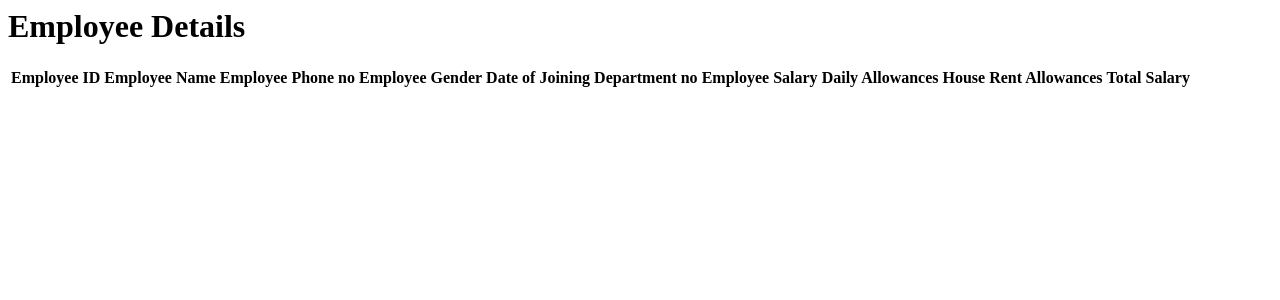
Repository: projects-collab/SpringBoot
Page: http://localhost/EmployeeDetails
These files come from the project's save history. The page is drawn as it stood at one moment and after the next save; the edit follows.
The browser window is 1280 px wide. The pictures show the whole page.
The page is this project's Thymeleaf template; nobody is signed in. The template is opened directly, without the code that normally fills it, so the values that code supplies are empty.

Above is the page before, as saved 2024-12-21 10:14:37.

After the next save:
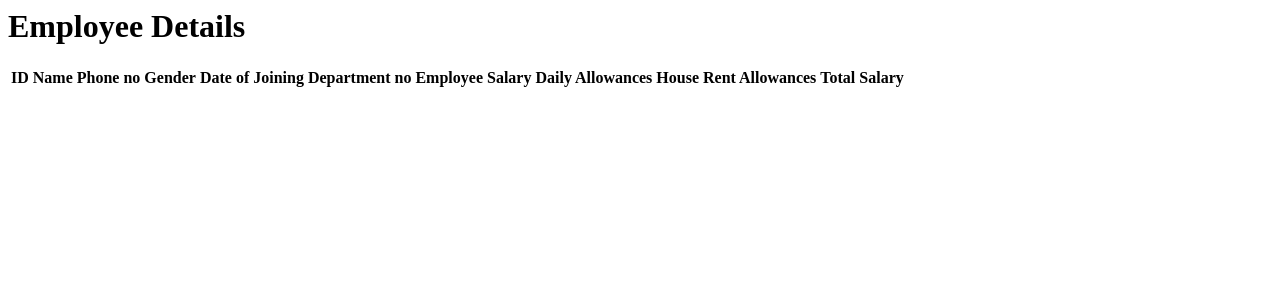
Saved 19 s later.
--- a/Springbootemployeeproject/src/main/resources/templates/EmployeeDetails.html
+++ b/Springbootemployeeproject/src/main/resources/templates/EmployeeDetails.html
@@ -8,10 +8,10 @@
 		<table>
 			<thead>
 				<tr>
-					<th>Employee ID</th>
-					<th>Employee Name</th>
-					<th>Employee Phone no</th>
-					<th>Employee Gender</th>
+					<th>ID</th>
+					<th>Name</th>
+					<th>Phone no</th>
+					<th>Gender</th>
 					<th>Date of Joining</th>
 					<th>Department no</th>
 					<th>Employee Salary</th>
